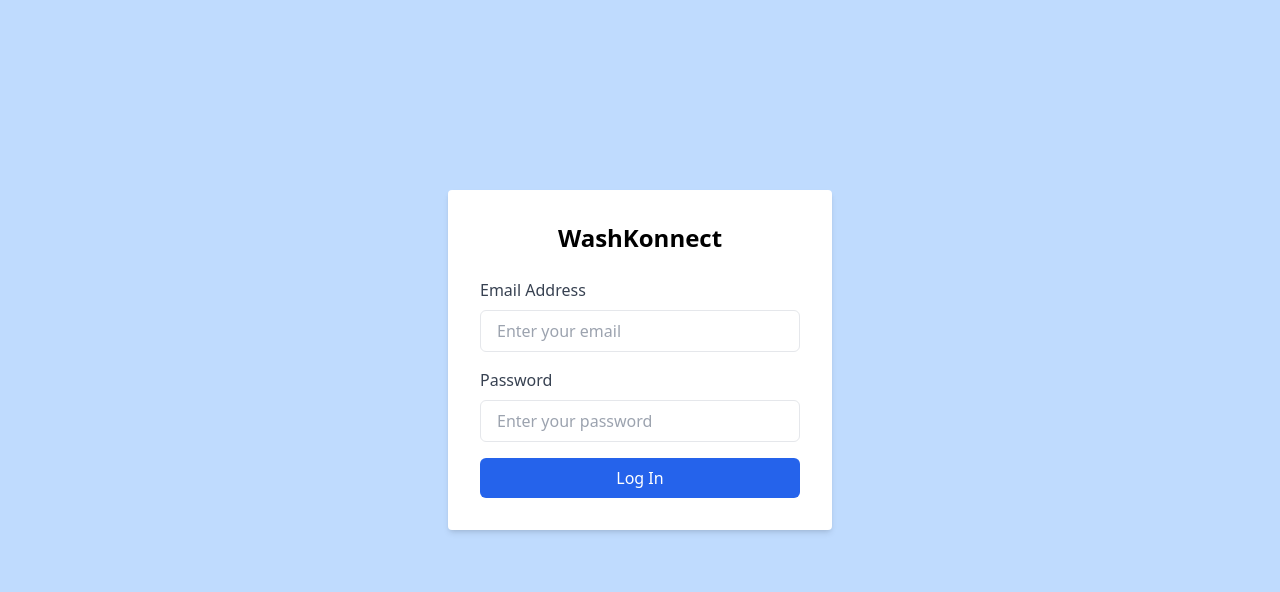
Repository: TEKVOLUTION-LTD/Admin-washKonnect
Page: / (app in Admin-WashKonnect/)
These files come from the project's save history. The page is drawn as it stood at one moment and after the next save; the edit follows.
The browser window is 1280 px wide. The pictures show the whole page.
The project was rebuilt for these pictures with package versions that can differ from the ones it lists, and the page was loaded fresh each time. Also part of the build but not shown: Admin-WashKonnect/vite.config.js, Admin-WashKonnect/src/components/Sidebar.jsx, Admin-WashKonnect/src/components/Pagination.jsx, Admin-WashKonnect/src/components/UsersPage.jsx, Admin-WashKonnect/src/pages/ServiceProviderPage.jsx, Admin-WashKonnect/src/pages/TransactionsPage.jsx, Admin-WashKonnect/src/pages/BookingsPage.jsx, Admin-WashKonnect/src/pages/SettingsPage.jsx and 2 more.

Above is the page before, as saved 2024-11-21 08:55:34.

After the next save:
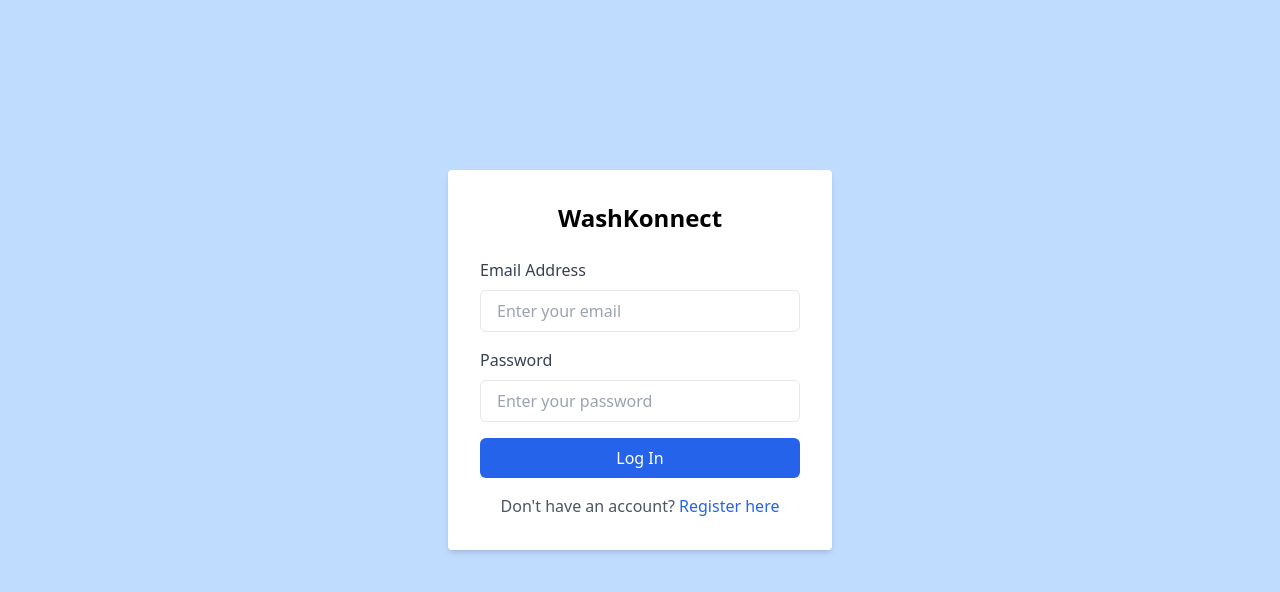
Saved 6 h 14 min later.
--- a/Admin-WashKonnect/src/pages/LoginPage.jsx
+++ b/Admin-WashKonnect/src/pages/LoginPage.jsx
@@ -1,5 +1,5 @@
 import { useState } from "react";
-import { useNavigate } from "react-router-dom";
+import { useNavigate, Link } from "react-router-dom";
 import API from "../api/api";
 
 const LoginPage = () => {
@@ -49,6 +49,12 @@ const LoginPage = () => {
             Log In
           </button>
         </form>
+        <p className="text-center mt-4 text-gray-600">
+          Don't have an account?{" "}
+          <Link to="/register" className="text-blue-600 hover:underline">
+            Register here
+          </Link>
+        </p>
       </div>
     </div>
   );
